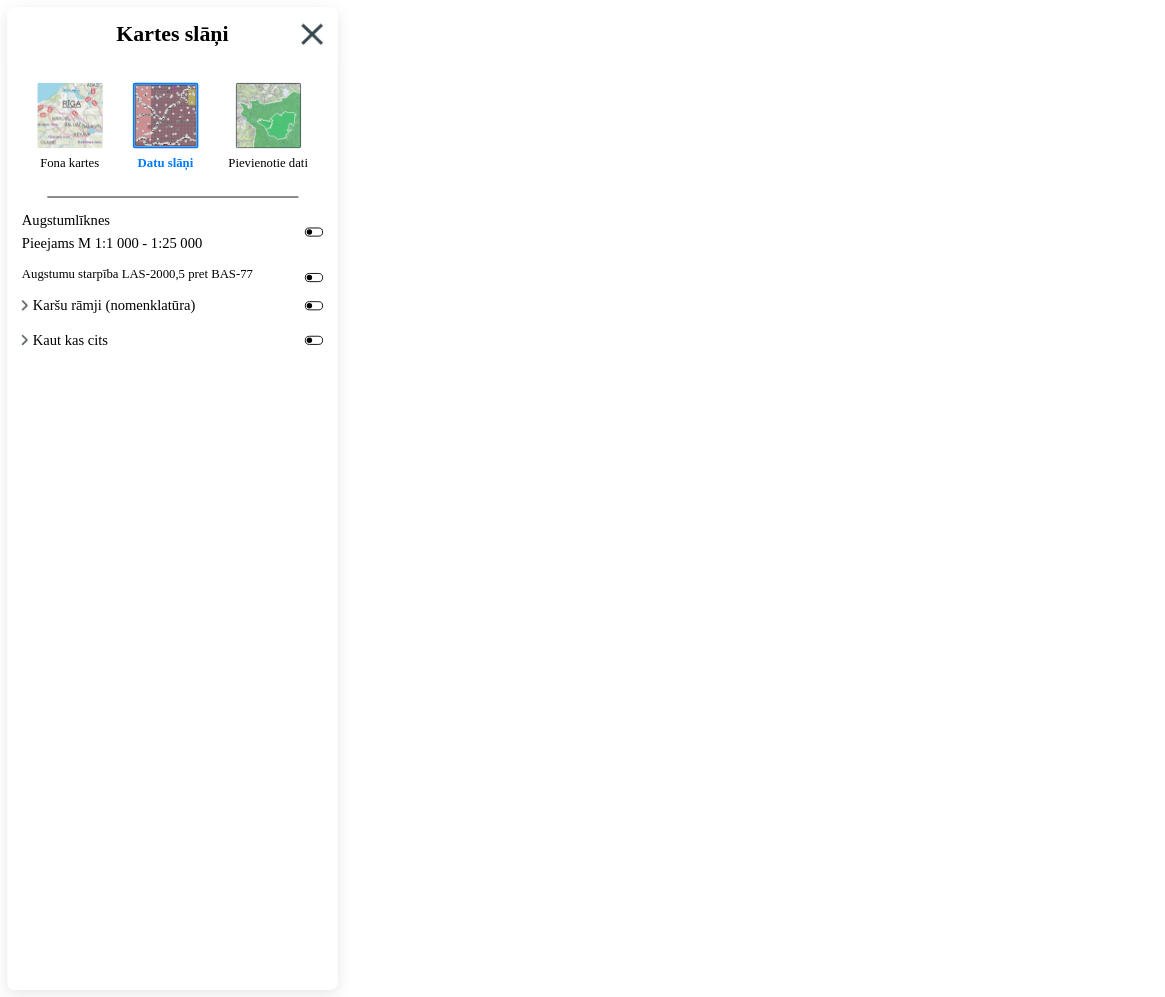
Repository: Kringelis/KP_kar-usl-i
Page: /, after clicking the first element matching `div.sidebar-tabs > :nth-child(2)`
These files come from the project's save history. The page is drawn as it stood at one moment and after the next save; the edit follows.
The browser window is 1280 px wide. The pictures show the whole page, at 91% of full size.
The project was rebuilt for these pictures with package versions that can differ from the ones it lists, and the page was loaded fresh each time. Also part of the build but not shown: src/components/FonaKartes.scss, src/components/PievienotieDati.scss, src/components/PievienotieDati.jsx, src/App.scss.

Above is the page before, as saved 2024-06-03 13:52:04.

### public/index.html
<!DOCTYPE html>
<html lang="en">
  <head>
    <link
      rel="stylesheet"
      href="https://fonts.googleapis.com/css2?family=Inter:wght@400;500;700&display=swap"
    />

    <meta charset="UTF-8" />
    <meta name="viewport" content="width=device-width, initial-scale=1.0" />
    <title>React App</title>
  </head>
  <body>
    <noscript>You need to enable JavaScript to run this app.</noscript>
    <div id="root"></div>
  </body>
</html>

### src/App.js
import React from "react";
import Sidebar from "./components/Sidebar";
import "./App.scss";

function App() {
  return (
    <div className="App">
      <header className="App-header">
        <Sidebar />
      </header>
    </div>
  );
}

export default App;

### src/components/Sidebar.jsx
import React, { useState } from "react";
import FonaKartes from "./FonaKartes";
import DatuSlani from "./DatuSlani";
import PievienotieDati from "./PievienotieDati";
import "./Sidebar.scss";

import pirmais from "./pirmais.png";
import otrais from "./otrais.png";
import tresais from "./tresais.png";
import close from "./close.png";

const Sidebar = () => {
  const [activeSection, setActiveSection] = useState("FonaKartes");

  return (
    <div className="sidebar">
      <div className="sidebar-header">
        <div className="sidebar-title">Kartes slāņi</div>
        <img src={close} alt="Close" className="close-icon" />
      </div>
      <div className="sidebar-tabs">
        <div
          className={`tab ${activeSection === "FonaKartes" ? "active" : ""}`}
          onClick={() => setActiveSection("FonaKartes")}
        >
          <img src={pirmais} alt="Fona kartes" className="tab-square" />
          <div className="tab-text">Fona kartes</div>
        </div>
        <div
          className={`tab ${activeSection === "DatuSlani" ? "active" : ""}`}
          onClick={() => setActiveSection("DatuSlani")}
        >
          <img src={otrais} alt="Datu slāņi" className="tab-square" />
          <div className="tab-text">Datu slāņi</div>
        </div>
        <div
          className={`tab ${
            activeSection === "PievienotieDati" ? "active" : ""
          }`}
          onClick={() => setActiveSection("PievienotieDati")}
        >
          <img src={tresais} alt="Pievienotie dati" className="tab-square" />
          <div className="tab-text">Pievienotie dati</div>
        </div>
      </div>
      <div className="dividing-line"></div>{" "}
      {/* Added horizontal dividing line */}
      <div className="sidebar-content">
        {activeSection === "FonaKartes" && <FonaKartes />}
        {activeSection === "DatuSlani" && <DatuSlani />}
        {activeSection === "PievienotieDati" && <PievienotieDati />}
      </div>
    </div>
  );
};

export default Sidebar;

### src/components/FonaKartes.jsx
import React, { useState } from "react";
import "./FonaKartes.scss";
import copy from "./copyright.png";
import one from "./Rectangle 4.png";
import two from "./Rectangle 4(1).png";
import three from "./Rectangle 4(2).png";
import four from "./Rectangle 4(3).png";
import five from "./Rectangle 4(4).png";
import six from "./Rectangle 4(5).png";
import seven from "./Rectangle 4(6).png";
import eight from "./Rectangle 4(7).png";
import nine from "./Rectangle 4(8).png";

const FonaKartes = () => {
  const [activeItem, setActiveItem] = useState(null);

  const items = [
    {
      id: 1,
      title: "Pārskata (topogrāfiskā) karte",
      subtitle: "Tradicionālā tipogrāfijas versija",
      image: one,
    },
    {
      id: 2,
      title: "Topogrāfiskā karte ar reljefu",
      subtitle: "WEB versija kombinācijā ar DTM",
      image: two,
    },
    {
      id: 3,
      title: "Kombinētā fona karte",
      subtitle: "Dažādas detalitātes fona karte",
      image: three,
    },
    {
      id: 4,
      title: "Melnbaltā fona karte",
      subtitle: "Dažādas detalitātes fona karte",
      image: four,
    },
    {
      id: 5,
      title: "Ortofoto karte",
      subtitle: "6., 7. un 8. cikla jaunāko datu pārklājums",
      image: nine,
    },
    {
      id: 6,
      title: "Digitālais reljefa modelis",
      subtitle: "LIDAR 2013. - 2021.g. (40 cm)",
      image: six,
    },
    {
      id: 7,
      title: "Digitālais reljefa modelis ar horizontālēm",
      subtitle: "LIDAR 2013. - 2021.g. (40 cm)",
      image: seven,
    },
    {
      id: 8,
      title: "Digitālais virsmas modelis",
      subtitle: "LIDAR 2013. - 2021.g. (40 cm)",
      image: seven,
    },
    {
      id: 9,
      title: "Vēsturiskā topogrāfiskā karte mērogā 1: 75 000",
      subtitle: "No 1921. līdz 1940. gadam",
      image: eight,
    },
  ];

  const handleItemClick = (id) => {
    setActiveItem(id);
  };

  return (
    <div className="fona-kartes">
      {items.map((item) => (
        <div
          key={item.id}
          className={`fona-kartes-item ${
            activeItem === item.id ? "active" : ""
          }`}
          onClick={() => handleItemClick(item.id)}
        >
          <img src={copy} alt="info" className="info-icon" />
          <div className="item-square">
            <img src={item.image} alt={`Kartes ikona`} />
          </div>
          <div className="item-text">
            <div className="item-title">{item.title}</div>
            <div className="item-subtitle">{item.subtitle}</div>
            {activeItem === item.id && (
              <div className="slider-container">
                <div className="hollow-square"></div>
                <input type="range" className="item-slider" />
                <div className="black-square"></div>
              </div>
            )}
          </div>
        </div>
      ))}
    </div>
  );
};

export default FonaKartes;

### src/components/DatuSlani.jsx
import React, { useState } from "react";
import "./DatuSlani.scss";
import Arrow from "./Vector.png";

const DatuSlani = () => {
  const [toggleStates, setToggleStates] = useState({
    augstumliknes: false,
    las2000: false,
    "1:50 000 TKS-93": false,
    "1:100 000 TKS-93": false,
    "1:10 000 TKS-93": false,
    "1:5 000 TKS-93": false,
    "1:2 000 TKS-93": false,
    "1:50 000 UTM": false,
    "1:10 000 UTM": false,
  });

  const [accordionOpen1, setAccordionOpen1] = useState(false);
  const [accordionOpen2, setAccordionOpen2] = useState(false);

  const handleToggle = (key) => {
    setToggleStates((prevState) => ({
      ...prevState,
      [key]: !prevState[key],
    }));
  };

  const handleAccordionClick1 = () => {
    setAccordionOpen1(!accordionOpen1);
    if (accordionOpen2) {
      setAccordionOpen2(false);
    }
  };

  const handleAccordionClick2 = () => {
    setAccordionOpen2(!accordionOpen2);
    if (accordionOpen1) {
      setAccordionOpen1(false);
    }
  };

  return (
    <div className="datu-slani">
      <div className="section-toggle">
        <div>
          <div className="section-title">Augstumlīknes</div>
          <div className="section-subtitle">Pieejams M 1:1 000 - 1:25 000</div>
        </div>
        <label className="toggle-switch">
          <input
            type="checkbox"
            checked={toggleStates.augstumliknes}
            onChange={() => handleToggle("augstumliknes")}
          />
          <span className="slider"></span>
        </label>
      </div>
      <div className="sub-section">
        <div className="sub-title">
          Augstumu starpība LAS-2000,5 pret BAS-77
        </div>
        <label className="toggle-switch">
          <input
            type="checkbox"
            checked={toggleStates.las2000}
            onChange={() => handleToggle("las2000")}
          />
          <span className="slider"></span>
        </label>
      </div>
      <div className="accordion">
        <div className="accordion-title" onClick={handleAccordionClick1}>
          <div className="accordion-left">
            <img
              className={`accordion-icon ${accordionOpen1 ? "open" : ""}`}
              src={Arrow}
              alt="V"
            />
            <span className="accordion-text">Karšu rāmji (nomenklatūra)</span>
          </div>
          <label className="toggle-switch">
            <input
              type="checkbox"
              checked={toggleStates["Karšu rāmji"]}
              onChange={() => handleToggle("Karšu rāmji")}
            />
            <span className="slider"></span>
          </label>
        </div>
        {accordionOpen1 && (
          <div className="accordion-content">
            {[
              "1:50 000 TKS-93",
              "1:100 000 TKS-93",
              "1:10 000 TKS-93",
              "1:5 000 TKS-93",
              "1:2 000 TKS-93",
              "1:50 000 UTM",
              "1:10 000 UTM",
            ].map((item) => (
              <div key={item} className="toggle-item">
                <div>{item}</div>
                <label className="toggle-switch">
                  <input
                    type="checkbox"
                    checked={toggleStates[item]}
                    onChange={() => handleToggle(item)}
                  />
                  <span className="slider"></span>
                </label>
              </div>
            ))}
          </div>
        )}
      </div>
      <div className="accordion">
        <div className="accordion-title" onClick={handleAccordionClick2}>
          <div className="accordion-left">
            <img
              className={`accordion-icon ${accordionOpen2 ? "open" : ""}`}
              src={Arrow}
              alt="V"
            />
            <span className="accordion-text">Kaut kas cits</span>
          </div>
          <label className="toggle-switch">
            <input
              type="checkbox"
              checked={toggleStates.kautKasCits}
              onChange={() => handleToggle("kautKasCits")}
            />
            <span className="slider"></span>
          </label>
        </div>

        {accordionOpen2 && (
          <div className="accordion-content">
            {[
              "1:50 000 TKS-93",
              "1:100 000 TKS-93",
              "1:10 000 TKS-93",
              "1:5 000 TKS-93",
              "1:2 000 TKS-93",
              "1:50 000 UTM",
              "1:10 000 UTM",
            ].map((item) => (
              <div key={item} className="toggle-item">
                <div>{item}</div>
                <label className="toggle-switch">
                  <input
                    type="checkbox"
                    checked={toggleStates[item]}
                    onChange={() => handleToggle(item)}
                  />
                  <span className="slider"></span>
                </label>
              </div>
            ))}
          </div>
        )}
      </div>
    </div>
  );
};

export default DatuSlani;

### src/components/Sidebar.scss
.sidebar {
  width: 363px;
  height: 1080px;
  background-color: #ffffff;
  box-shadow: 0px 4px 16px rgba(0, 0, 0, 0.1);
  border-radius: 8px;
  overflow: hidden;
  position: relative;

  .sidebar-header {
    display: flex;
    justify-content: center;
    align-items: center;
    padding: 16px;
    background-color: #ffffff;
    position: relative;

    .sidebar-title {
      font-size: 24px;
      font-weight: bold;
      color: #000000;
    }
    &.active {
      color: #007bff;
    }

    .close-icon {
      width: 24px;
      height: 24px;
      cursor: pointer;
      position: absolute;
      right: 16px;
    }
  }

  .sidebar-tabs {
    display: flex;
    justify-content: space-around;
    padding: 16px;

    .tab {
      display: flex;
      flex-direction: column;
      align-items: center;
      font-size: 14px;
      color: #000000;
      cursor: pointer;
      padding: 8px 0;

      border-radius: 10%;
      transition: background-color 0.3s ease, color 0.3s ease;

      &.active {
        .tab-square {
          border: 2px solid #007bff;
          box-sizing: border-box;
          border-radius: 3%;
        }
        .tab-text {
          color: #007bff;
          font-weight: bold;
        }
      }

      &:hover {
        background-color: #f8f9fa;
      }

      .tab-square {
        width: 72px;
        height: 72px;
        margin-bottom: 8px;
        display: flex;
        border-radius: 3%;
        justify-content: center;
        align-items: center;
        box-sizing: border-box;
      }

      .tab-image {
        width: 100%;
        height: 100%;
        object-fit: cover;
      }

      .tab-text {
        text-align: center;
      }
    }
  }

  .sidebar-content {
    padding: 16px;
  }

  .dividing-line {
    width: 276px;
    height: 1px;
    background-color: #000;
    margin: 0 auto;
    margin-top: 5px;
  }
}

### src/components/DatuSlani.scss
.datu-slani {
  .section-title {
    font-size: 16px;

    margin-bottom: 8px;
  }

  .sub-section {
    margin-top: 16px;
    display: flex;
    align-items: center;
    justify-content: space-between;
  }

  .sub-title {
    font-size: 14px;

    margin-bottom: 8px;
  }

  .toggle-switch {
    position: relative;
    display: inline-block;
    width: 20px;
    height: 10px;
    margin-left: 8px;
    vertical-align: middle;

    input {
      opacity: 0;
      width: 0;
      height: 0;
    }

    .slider {
      position: absolute;
      cursor: pointer;
      top: 0;
      left: 0;
      right: 0;
      bottom: 0;
      background-color: white;
      transition: 0.4s;
      border-radius: 34px;
      border: 1px solid black;

      &:before {
        content: "";
        position: absolute;
        height: 6px;
        width: 6px;
        background-color: black;
        transition: 0.4s;
        border-radius: 50%;
        left: 1px;
        bottom: 1px;
        right: 100%;
        margin: auto;
      }
    }

    input:checked + .slider {
      background-color: #007bff;
      border-color: transparent;
    }

    input:checked + .slider:before {
      transform: translateX(10px);
      background-color: white;
    }
  }

  .toggle-item {
    display: flex;
    align-items: center;
    justify-content: space-between;
    margin-top: 8px;
  }

  .accordion-title {
    display: flex;
    align-items: center;
    justify-content: space-between;
    cursor: pointer;
    padding: 10px 0;

    .accordion-left {
      display: flex;
      align-items: center;
    }

    .accordion-text {
      margin-right: auto;
    }
  }

  .accordion-icon {
    transition: transform 0.3s ease;
    margin-right: 5px;
  }

  .accordion-icon.open {
    transform: rotate(90deg);
  }

  .accordion-content {
    padding-left: 20px;
  }

  .section-toggle {
    display: flex;
    align-items: center;
    justify-content: space-between;
  }
}

Loaded but not shown: src/index.js (common file); src/reportWebVitals.js (common file); src/index.css (no stored copy; drawn as an empty file)

After the next save:
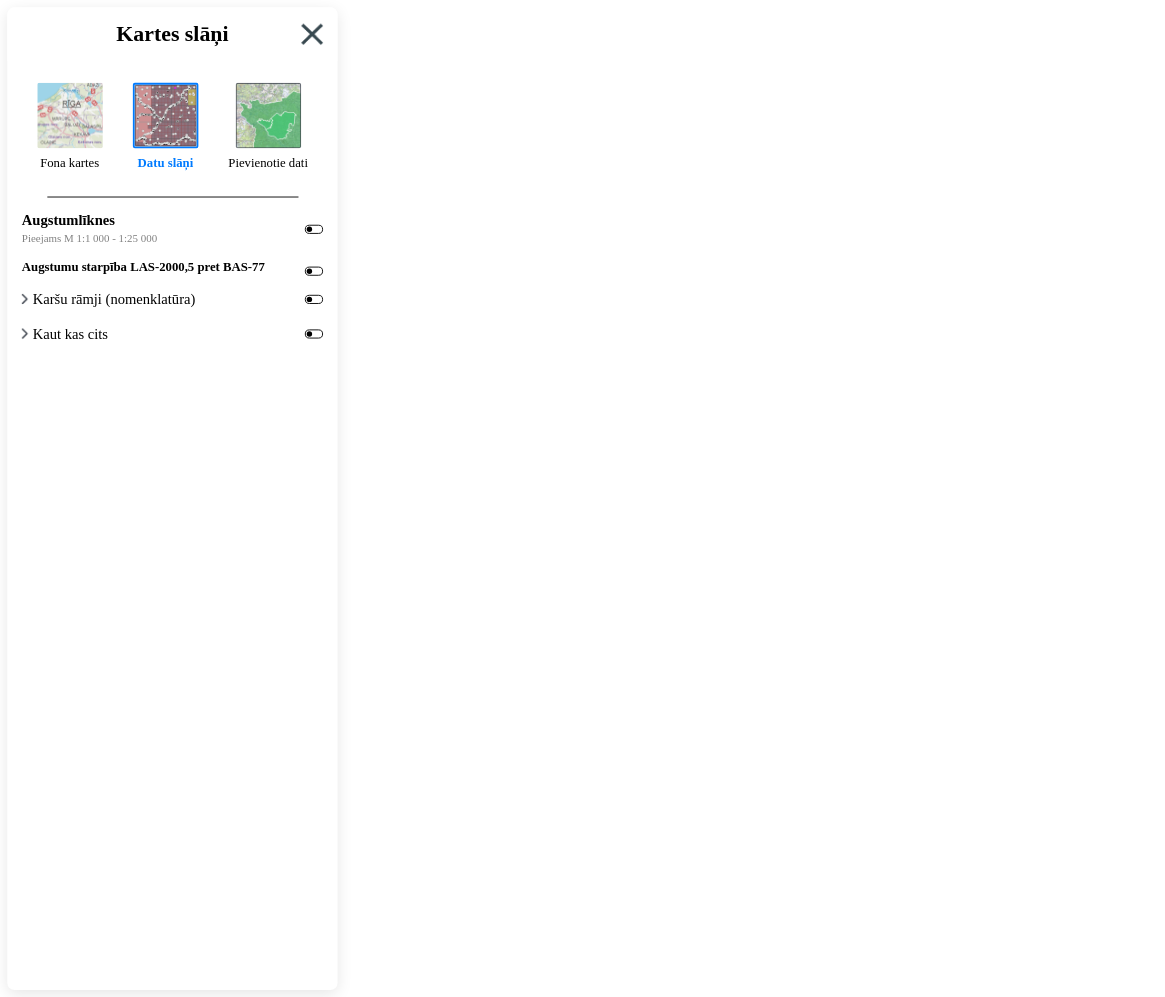
Saved 11 s later.
--- a/src/components/DatuSlani.scss
+++ b/src/components/DatuSlani.scss
@@ -1,8 +1,13 @@
 .datu-slani {
   .section-title {
     font-size: 16px;
+    font-weight: bold;
+    margin-bottom: 4px; /* Adjust margin for spacing */
+  }
 
-    margin-bottom: 8px;
+  .section-subtitle {
+    font-size: 12px; /* Smaller font size */
+    color: gray; /* Optional: gray color for distinction */
   }
 
   .sub-section {
@@ -14,7 +19,7 @@
 
   .sub-title {
     font-size: 14px;
-
+    font-weight: bold;
     margin-bottom: 8px;
   }
 
